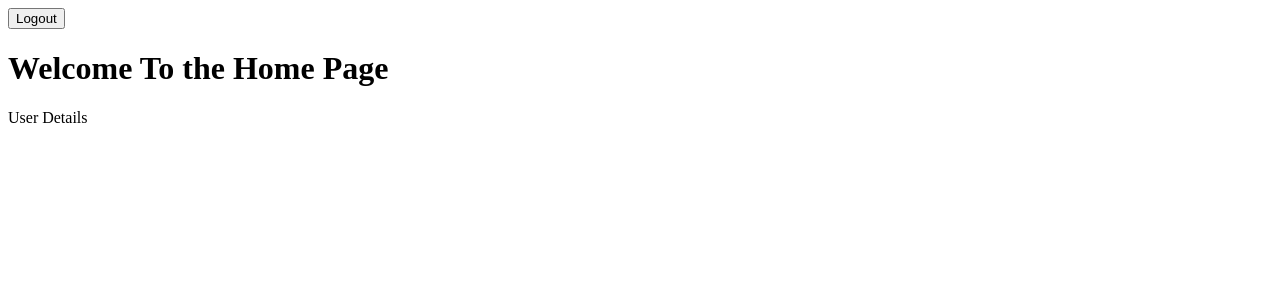
Repository: devgpta19/CDAC-Assignments
Page: http://localhost/CarVehicle/WelcomeHome.jsp
The author's editor kept a copy of each file at every save. The page is drawn from the files as they stood at one save, then again after the next save.
The browser window is 1280 px wide. The pictures show the whole page.
The page is served by Tomcat 9.

Above is the page before, as saved 2025-12-11 08:53:21.

After the next save:
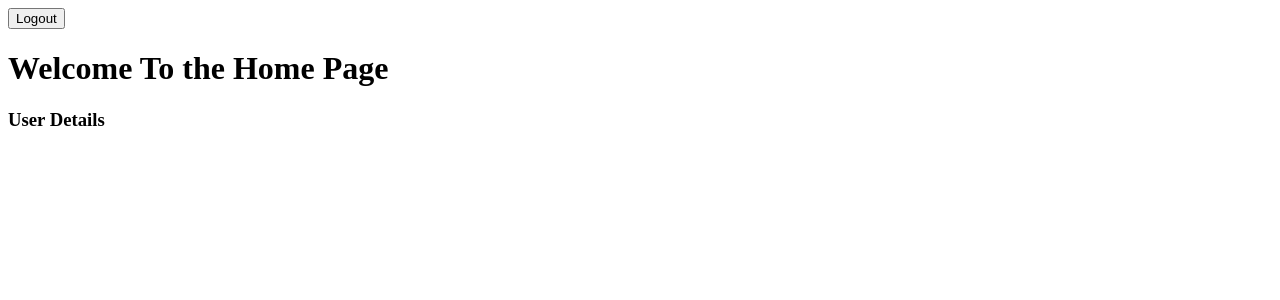
Saved 5 s later.
--- a/Adv.Java/Prac/CarVehicle/src/main/webapp/WelcomeHome.jsp
+++ b/Adv.Java/Prac/CarVehicle/src/main/webapp/WelcomeHome.jsp
@@ -12,6 +12,6 @@
 
 	<h1>Welcome To the Home Page</h1>
 
-	User Details</h3>
+	<h3>User Details</h3>
 </body>
 </html>
